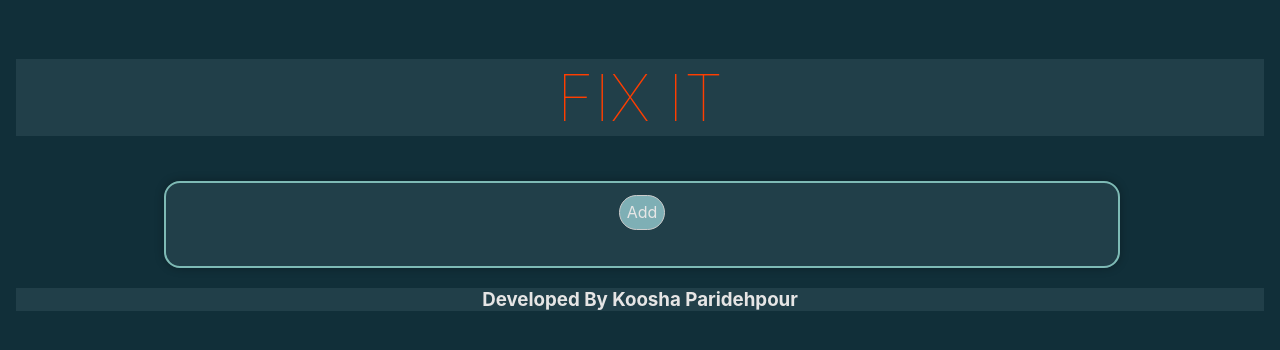
Repository: KooshaPari/fixit-go
Page: / (app in frontend/)
The author's editor kept a copy of each file at every save. The page is drawn from the files as they stood at one save, then again after the next save.
The browser window is 1280 px wide. The pictures show the whole page.
The page's requests for data from a server got no answer. The project was rebuilt for these pictures with package versions that can differ from the ones it lists, and the page was loaded fresh each time. No one was signed in, and anything a server would have sent is missing.

Above is the page before, as saved 2024-09-24 23:29:06.

### frontend/public/index.html
<!DOCTYPE html>
<html lang="en">
	<head>
		<meta charset="utf-8" />
		<meta name="viewport" content="width=device-width,initial-scale=1" />

		<title>Svelte app</title>

		<link rel="icon" type="image/png" href="/favicon.png" />
		<link rel="stylesheet" href="/global.css" />
		<link rel="stylesheet" href="/build/bundle.css" />

		<script defer src="/build/bundle.js"></script>
	</head>

	<body></body>
</html>

### frontend/src/main.js
import App from "./App.svelte";

const app = new App({
	target: document.body,
	props: {
		name: "fixIt",
	},
});

### frontend/src/App.svelte
<script>
	import { onMount, afterUpdate } from "svelte";
	import Modal from "./Modal.svelte";
	import { prevent_default } from "svelte/internal";
	import { fly, fade } from "svelte/transition";
	let todos = [];
	let tempid = -1;
	onMount(async () => {
		try {
			const response = await fetch("http://localhost:8081/api/todos");
			if (!response.ok) {
				throw new Error(`HTTP error! status: ${response.status}`);
			}
			console.log("GRABBING TODOS");
			todos = await response.json();
		} catch (error) {
			console.error("Error fetching todos:", error);
		}
	});
	let showCreateModal = false;
	let showEditModal = false;
	async function loadEditPopup(id) {
		showEditModal = true;
		const response = await fetch(`http://localhost:8081/api/todos/${id}`, {
			method: "GET",
			headers: { "Content-Type": "application/json" },
		});
		const todo = await response.json();
		// Update the title, description, and dueDate variables
		title = todo.title;
		description = todo.description;
		dueDate = todo.dueDate;
		tempid = todo.id;
	}
	async function editTodo(title, description, dueDate) {
		const id = tempid;
		const newTodo = { id, title, description, dueDate };
		tempid = -1;
		try {
			const response = await fetch(`http://localhost:8081/api/todos/${id}`, {
				method: "PUT",
				headers: { "Content-Type": "application/json" },
				body: JSON.stringify(newTodo),
			});
			const updatedTodo = await response.json();
			todos = todos.map((todo) => (todo.id === id ? updatedTodo : todo));
		} catch (error) {
			console.error("Error editing todo:", error);
		}
	}

	async function createTodo(title, description, dueDate) {
		/**Generate ToDo Object, add to local array, then create fetch object to server to add to remote array*/

		const newTodo = { title, description, dueDate };
		try {
			const response = await fetch("http://localhost:8081/api/todos", {
				method: "POST",
				headers: { "Content-Type": "application/json" },
				body: JSON.stringify(newTodo),
			});
			const createdTodo = await response.json();
			todos = [...todos, createdTodo];
		} catch (error) {
			console.error("Error creating todo:", error);
		}
		showCreateModal = false;
	}
	async function deleteTodo(id) {
		console.log("DELETING: " + id);
		if (id !== undefined) {
			todos = todos.filter((todo) => todo.id !== id);
			const response = await fetch(`http://localhost:8081/api/todos/${id}`, {
				method: "DELETE",
				headers: { "Content-Type": "application/json" },
			});
		} else {
			console.error("Cannot delete todo item: id is undefined");
		}
	}
	let title;
	let description;
	let dueDate;
</script>

<main>
	<!---->

	<div id="header">
		<div id="logoCont">
			<h1>Fix It</h1>
		</div>
	</div>
	<div id="body">
		<div id="fixItApp" style="overflow-y:auto; padding: 0.5em;">
			<Modal bind:showModal={showEditModal}>
				<h2>Edit Todo Item</h2>
				<form>
					<input
						type="text"
						id="todo-title"
						bind:value={title}
						placeholder="Todo title"
					/>
					<input
						type="text"
						id="todo-description"
						bind:value={description}
						placeholder="Todo description"
					/>
					<input
						type="text"
						id="todo-dueDate"
						bind:value={dueDate}
						placeholder="Todo dueDate"
					/>
					<button
						on:click={(event) => {
							editTodo(title, description, dueDate);
						}}>Edit</button
					>
				</form>
			</Modal>
			<Modal bind:showModal={showCreateModal}>
				<h2>Create Todo Item</h2>
				<form>
					<input
						type="text"
						id="todo-title"
						bind:value={title}
						placeholder="Todo title"
					/>
					<input
						type="text"
						id="todo-description"
						bind:value={description}
						placeholder="Todo description"
					/>
					<input
						type="text"
						id="todo-dueDate"
						bind:value={dueDate}
						placeholder="Todo dueDate"
					/>
					<button on:click={() => createTodo(title, description, dueDate)}
						>Create</button
					>
				</form>
			</Modal>
			<div style="padding:0.25em; position: sticky; top: 0;">
				<button
					on:click={() => {
						showCreateModal = true;
					}}
					class="addBtn">Add</button
				>
			</div>
			<div id="todoList" style="background-color:#212529;">
				<ul id="todos">
					{#each todos as todo, index}
						<li
							class="todoLstItm"
							in:fly={{ y: 200, duration: 2000, delay: index * 100 }}
							out:fade={{ duration: 2000 }}
						>
							<div class="todoLstItmContLeft">
								<button
									on:click={() => deleteTodo(todo.id)}
									class="completeBtn todoBtn">&#10003;</button
								>
							</div>
							<div class="todoLstItmConRight">
								<h3 style="padding-inline: 1em; font-size: 0.75em; width: 40%;">
									{todo.title}
								</h3>
								<div style="display:flex; flex-direction:column; width: 40% ">
									<p class="todotxt">{todo.description}</p>
									<!-- due Date below-->
									<p class="todotxt">{todo.dueDate}</p>
								</div>
								<div class="todoLstItmConRightBtns">
									<button
										on:click={() => loadEditPopup(todo.id)}
										class="deleteBtn todoBtn">&#9998;</button
									>
									<button
										on:click={() => deleteTodo(todo.id)}
										class="editBtn todoBtn">&#10006;</button
									>
								</div>
							</div>
						</li>
					{/each}
				</ul>
			</div>
		</div>
	</div>
	<div id="footer">
		<h3>Developed By Koosha Paridehpour</h3>
	</div>
</main>

<style>
	main {
		text-align: center;
		padding: 1em;
		max-width: 240px;
		margin: 0 auto;
	}

	h1 {
		color: #ff3e00;
		text-transform: uppercase;
		font-size: 4em;
		font-weight: 100;
	}
	#fixItApp {
		border: 2px solid #7ebab5;
		padding: 1em;
		border-radius: 1em;
		width: 75%;
		max-height: 65vh;
		box-shadow: 0 0 10px rgba(0, 0, 0, 0.3);
		background-color: #213f49;
	}
	#fixItApp button:hover {
		background-color: #0e4a45;
	}
	#fixItApp button:active {
		background-color: #0a4440;
	}
	@media (min-width: 640px) {
		main {
			max-width: none;
		}
	}
	.todoLstItmContLeft {
		background-color: #314d59;
		width: 25%;
		border-radius: 0.625em 0 0 0.625em;
		display: flex;
		align-items: center;
		justify-content: center;
	}
	.todoLstItmConRight {
		width: 75%;
		justify-content: center;
		align-items: center;
		overflow: hidden;
	}
	.todoLstItmConRight * {
		display: flex;
		justify-content: flex-start;
		align-items: flex-start;
	}
	.todoLstItmConRightBtns {
		display: flex;
		flex-direction: column;
		width: 20%;
		padding: 0.5em;
	}
	.todoLstItm {
		background-color: #415d69;
		margin: 0;
		border-radius: 0.625em;
		box-shadow: 0 0 10px rgba(0, 0, 0, 0.3);
		display: flex;
		flex-direction: row;
	}
	.todotxt {
		font-size: 0.25em;
		text-align: left;
	}
	.todoLstItmContLeft,
	.todoLstItmConRight {
		display: flex;
		padding: 0.25em;
	}
	ul {
		list-style-type: none;
	}
	#body {
		align-items: flex-start;
		justify-content: center;
		display: flex;
		width: 100%;
		padding: 0.125em;
	}
	#header,
	#footer {
		background-color: #213f49;
		width: 100%;
		margin: 0;
	}

	.todoBtn {
		background-color: #314d59;
		border-radius: 0.5em;
		color: #f6f5f5;
		width: 100%;
		height: 25%;
		padding: 0.25em;
		display: flex;
		align-items: center;
		justify-content: center;
	}
	.completeBtn {
		width: 2.5em;
		height: 2.5em;
		padding: 0.25em;
		border-radius: 2.5em;
		background-color: #7eafb5;
		font-size: 100%;
	}
	#popupCont {
		background-color: #213f49;
		width: 100%;
		height: 100%;
		display: none;
		flex-direction: column;
		align-items: center;
		justify-content: center;
	}
	.popup.open {
		display: block !important;
	}
	#todos {
		padding-inline-start: 0 !important;
	}
	#todos > li {
		margin: 0.5em;
	}
	.addBtn {
		border-radius: 2em;
		background-color: #7eafb5;
		color: #e6e6e6;
	}
</style>

### frontend/src/Modal.svelte
<script>
	export let showModal; // boolean

	let dialog; // HTMLDialogElement

	$: if (dialog && showModal) dialog.showModal();
</script>

<!-- svelte-ignore a11y-click-events-have-key-events a11y-no-noninteractive-element-interactions -->
<dialog
	bind:this={dialog}
	on:close={() => (showModal = false)}
	on:click|self={() => dialog.close()}
>
	<!-- svelte-ignore a11y-no-static-element-interactions -->
	<div on:click|stopPropagation>
		<slot name="header" />
		<hr />
		<slot />
		<hr />
		<!-- svelte-ignore a11y-autofocus -->
		<button autofocus on:click={() => dialog.close()}>close</button>
	</div>
</dialog>

<style>
	dialog {
		max-width: 32em;
		border-radius: 1em;
		border: none;
		padding: 1em;
		background-color: #213f49;
		color: #e6e6e6;
	}
	dialog::backdrop {
		background: rgba(0, 0, 0, 0.3);
	}
	dialog > div {
		padding: 1em;
	}
	dialog[open] {
		animation: zoom 0.3s cubic-bezier(0.34, 1.56, 0.64, 1);
	}
	dialog button {
		border-radius: 2em;
		background-color: #7ebab5;
	}
	@keyframes zoom {
		from {
			transform: scale(0.95);
		}
		to {
			transform: scale(1);
		}
	}
	dialog[open]::backdrop {
		animation: fade 0.2s ease-out;
	}
	@keyframes fade {
		from {
			opacity: 0;
		}
		to {
			opacity: 1;
		}
	}
	button {
		display: block;
	}
</style>

### frontend/public/global.css
html,
body {
	position: relative;
	width: 100%;
	height: 100%;
}

body {
	color: #e6e5e5;
	background-color: #112f39;
	margin: 0;
	padding: 0px;
	box-sizing: border-box;
	font-family: -apple-system, BlinkMacSystemFont, "Segoe UI", Roboto,
		Oxygen-Sans, Ubuntu, Cantarell, "Helvetica Neue", sans-serif;
}

a {
	color: rgb(0, 100, 200);
	text-decoration: none;
}

a:hover {
	text-decoration: underline;
}

a:visited {
	color: rgb(0, 80, 160);
}

label {
	display: block;
}

input,
button,
select,
textarea {
	font-family: inherit;
	font-size: inherit;
	-webkit-padding: 0.4em 0;
	padding: 0.4em;
	margin: 0 0 0.5em 0;
	box-sizing: border-box;
	border: 1px solid #ccc;
	border-radius: 2px;
}

input:disabled {
	color: #ccc;
}

button {
	color: #333;
	background-color: #f4f4f4;
	outline: none;
}

button:disabled {
	color: #999;
}

button:not(:disabled):active {
	background-color: #ddd;
}

button:focus {
	border-color: #666;
}

After the next save:
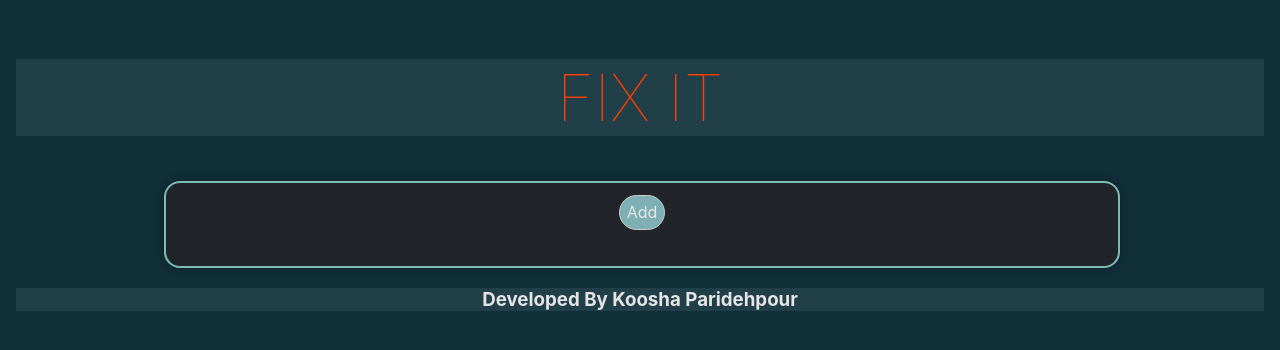
Saved 16 s later.
--- a/frontend/src/App.svelte
+++ b/frontend/src/App.svelte
@@ -221,7 +221,7 @@
 		width: 75%;
 		max-height: 65vh;
 		box-shadow: 0 0 10px rgba(0, 0, 0, 0.3);
-		background-color: #213f49;
+		background-color: #212529;
 	}
 	#fixItApp button:hover {
 		background-color: #0e4a45;
